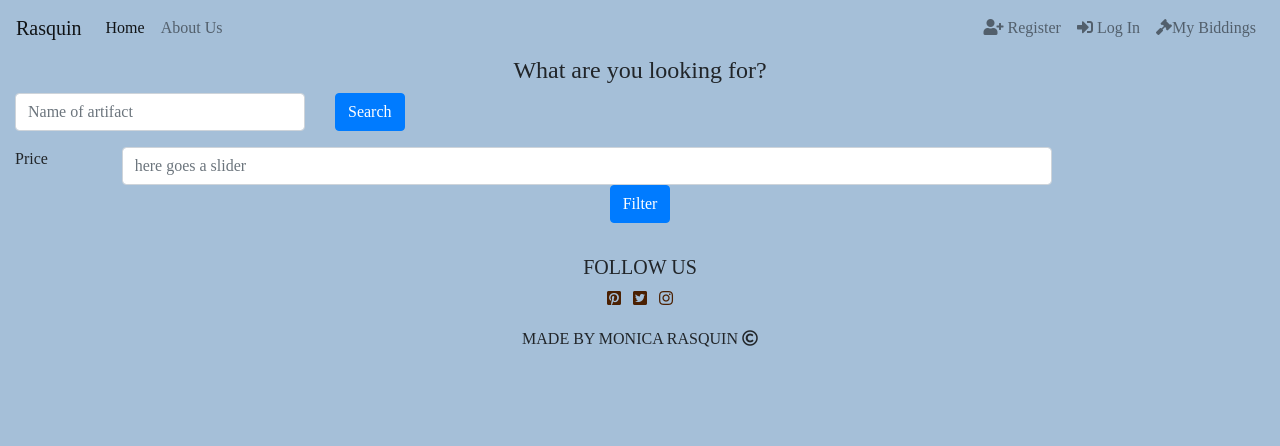
Repository: Rasquin/auction
Page: templates/base.html
The author's editor kept a record of every edit. The page is drawn from the files as they stood at one moment, then again after the next edit.
The browser window is 1280 px wide. The pictures show the whole page.
Some web libraries are served in a nearby version. The template is drawn by Django 2.2. The application's start-up code is not run. Other server files are loaded and not shown. The template is opened directly, without the code that normally fills it, so the values that code supplies are empty.

Above is the page before.
Console error: TypeError: $(...).slider is not a function

### templates/base.html
<!DOCTYPE html>

{% load staticfiles %}

<html lang="en">

<head>
    <meta charset="UTF-8">
    <meta name="viewport" content="width=device-width, initial-scale=1.0">
    <meta http-equiv="X-UA-Compatible" content="ie=edge">

    <!-- Bootstrap compiled and minified CSS -->
    <link rel="stylesheet" href="https://stackpath.bootstrapcdn.com/bootstrap/4.3.1/css/bootstrap.min.css" integrity="sha384-ggOyR0iXCbMQv3Xipma34MD+dH/1fQ784/j6cY/iJTQUOhcWr7x9JvoRxT2MZw1T" crossorigin="anonymous">

    <!-- Font Awesome compiled and minified CSS -->
    <link rel="stylesheet" href="{% static 'font-awesome/css/all.css' %}">

    <!-- jQuery UI Slider - Range slider CSS -->
    <link rel="stylesheet" href="//code.jquery.com/ui/1.12.1/themes/base/jquery-ui.css">

    <!-- Own CSS -->
    <link rel="stylesheet" href="{% static 'css/mystyle.css' %}" type="text/css" />

    <!-- jQuery UI Slider - Range slider Scripts -->
    <script src="https://code.jquery.com/jquery-1.12.4.js"></script>
    <script src="https://code.jquery.com/ui/1.12.1/jquery-ui.js"></script>

    <!-- Own Scripts -->
    <script type="text/javascript" src="{% static 'js/myscript.js' %}"></script>

    <script>
        $(function() {
            $("#slider-range").slider({
                range: true,
                min: 0,
                max: 500,
                values: [75, 300],
                slide: function(event, ui) {
                    $("#amount").val("$" + ui.values[0] + " - $" + ui.values[1]);
                }
            });
            $("#amount").val("$" + $("#slider-range").slider("values", 0) +
                " - $" + $("#slider-range").slider("values", 1));
        });
    </script>

    {% block head_js %}
    {% endblock head_js %}

    <title>Monica's Auction</title>
</head>


<body>
    <!-- NavBar area -  Fixed masthead -->
    <nav class="navbar navbar-expand-lg navbar-light bg-light">
        <a class="navbar-brand" href="#">Rasquin</a>
        <button class="navbar-toggler" type="button" data-toggle="collapse" data-target="#navbarSupportedContent" aria-controls="navbarSupportedContent" aria-expanded="false" aria-label="Toggle navigation">
            <span class="navbar-toggler-icon"></span>
        </button>

        <div class="collapse navbar-collapse" id="navbarSupportedContent">
            <ul class="navbar-nav mr-auto">
                <li class="nav-item active">
                    <a class="nav-link" href="{% url 'index' %}">Home <span class="sr-only">(current)</span></a>
                </li>
                <li class="nav-item">
                    <a class="nav-link" href="#">About Us</a>
                </li>
            </ul>
            <ul class="navbar-nav navbar-right">
                    {% if user.is_authenticated %}
                        <li class="nav-item">
                            <a class="nav-link" href="{% url 'profile' %}"><i class="fa fa-user"></i> Profile</a>
                        </li>
                        <li class="nav-item">
                            <a class="nav-link" href="{% url 'logout' %}"><i class="fa fa-sign-out-alt"></i> Log Out</a>
                        </li>
                    {%  else %}
                        <li class="nav-item">
                            <a class="nav-link" href="{% url 'register' %}"><i class="fa fa-user-plus"></i> Register</a>
                        </li>
                        <li class="nav-item">
                            <a class="nav-link" href="{% url 'login' %}"><i class="fa fa-sign-in-alt"></i> Log In</a>
                        </li>
                    {% endif %}
                        <li class="nav-item">
                            <a class="nav-link" href="{% url 'view_my_biddings' %}">
                                <i class="fas fa-gavel"></i>My Biddings
                                {% if product_count > 0 %}
                                <label class="badge badge-warning">{{ product_count }}</label>
                                {% endif %}
                            </a>
                        </li>

                </ul>
        </div>
    </nav>

    <!-- Messages area -->
    {% if messages %}
        <div class="alert alert-success">
            <div class="messages">
                {% for message in messages %}
                    {{ message }}
                {% endfor %}
            </div>
        </div>
    {% endif %}

    <!-- Search area -->
    <div class="container-fluid">
        <h4 class="text-center"> What are you looking for?</h4>
        <div class="row ">

            <!-- Search by name -->
            <form action="{% url 'search_by_name' %}" method="get" class="col-12">
                {% csrf_token %}
                <div class="form-group">
                    <div class="row">
                        <div class="col-8 col-md-6 col-lg-3">
                            <input type="text" class="form-control" id="artifact_name" name="artifact_name" required placeholder="Name of artifact">
                        </div>
                        <div class="col-1">
                            <button class="btn btn-primary" type="search">Search</button>
                        </div>
                    </div>
                </div>
            </form>

            <!-- Filters -->
            <form action="{% url 'filters' %}" method="get" class="col-12">
                {% csrf_token %}
                <div class="form-group">
                    <div class="row">
                        <div class="col-12 col-md-1">
                            <label for="filter_price" > Price </label>
                        </div>
                        <div class="col-12 col-md-9">
                            <input type="text" class="form-control" id="artifact_name" name="artifact_name" required placeholder="here goes a slider">
                        </div>
                    </div>
                    <div class="row">
                        <div class="col-12">
                            <p class="text-center">
                                <button class="btn btn-primary" type="search">Filter</button>
                            </p>
                        </div>
                    </div>
                </div>
            </form>

        </div>
    </div>

        <!-- Block content area -->
    <div class="container-fluid">
        {% block content %} {% endblock %}
    </div>

    <!-- Footer area -->
    <footer class="container-fluid">


        <!-- SOCIAL MEDIA-->
        <div class="row ">
            <div class="col-12 text-center">
                <h5 class="text-uppercase">Follow Us</h5>
                <ul class="list-inline social-links">
                    <li class="list-inline-item"><a href="#"><i class="fab fa-pinterest-square"  aria-hidden="true"></i></a></li>
                    <li class="list-inline-item"><a href="#"><i class="fab fa-twitter-square" aria-hidden="true"></i></a></li>
                    <li class="list-inline-item"><a href="#"><i class="fab fa-instagram" aria-hidden="true"></i></a></li>
                </ul>
            </div>
        </div>

        <!--COPYRIGHT-->
        <div class="row ">
            <div class="col-12">

                <p class="text-center text-uppercase">Made by Monica Rasquin <i class="far fa-copyright"></i> </p>
            </div>
        </div>
    </footer>

    <!-- Bootstrap compiled and minified JavaScript -->
    <script src="https://code.jquery.com/jquery-3.3.1.slim.min.js" integrity="sha384-q8i/X+965DzO0rT7abK41JStQIAqVgRVzpbzo5smXKp4YfRvH+8abtTE1Pi6jizo" crossorigin="anonymous"></script>
    <script src="https://cdnjs.cloudflare.com/ajax/libs/popper.js/1.14.7/umd/popper.min.js" integrity="sha384-UO2eT0CpHqdSJQ6hJty5KVphtPhzWj9WO1clHTMGa3JDZwrnQq4sF86dIHNDz0W1" crossorigin="anonymous"></script>
    <script src="https://stackpath.bootstrapcdn.com/bootstrap/4.3.1/js/bootstrap.min.js" integrity="sha384-JjSmVgyd0p3pXB1rRibZUAYoIIy6OrQ6VrjIEaFf/nJGzIxFDsf4x0xIM+B07jRM" crossorigin="anonymous"></script>

</body>
</html>

### static/js/myscript.js
//--------------------------------------Slider for Prices filter
function getPriceVals() {
    // Get slider price values
    var parent = this.parentNode;
    var slides = parent.getElementsByTagName("input");
    var slide1 = parseFloat(slides[0].value);
    var slide2 = parseFloat(slides[1].value);
    // Neither slider will clip the other, so make sure we determine which is larger
    if (slide1 > slide2) { var tmp = slide2;
        slide2 = slide1;
        slide1 = tmp; }

    var displayElement = parent.getElementsByClassName("rangePriceValues")[0];
    displayElement.innerHTML = "€ " + slide1 + " - €" + slide2;
}

//--------------------------------------Slider for Year filter
function getYearVals() {
    // Get Year slider values
    var parent = this.parentNode;
    var slides = parent.getElementsByTagName("input");
    var slide1 = parseFloat(slides[0].value);
    var slide2 = parseFloat(slides[1].value);
    // Neither slider will clip the other, so make sure we determine which is larger
    if (slide1 > slide2) { var tmp = slide2;
        slide2 = slide1;
        slide1 = tmp; }

    var displayElement = parent.getElementsByClassName("rangeYearValues")[0];
    displayElement.innerHTML = "From " + slide1 + " To " + slide2;
}

//----------------------------------------------- Initialize Sliders
window.onload = function() {
    // For Price
    var sliderSectionsPrice = document.getElementsByClassName("range-slider-price");
    for (var x = 0; x < sliderSectionsPrice.length; x++) {
        var slidersPrice = sliderSectionsPrice[x].getElementsByTagName("input");
        for (var y = 0; y < slidersPrice.length; y++) {
            if (slidersPrice[y].type === "range") {
                slidersPrice[y].oninput = getPriceVals;
                // Manually trigger event first time to display values
                slidersPrice[y].oninput();
            }
        }
    }
    // For Year
    var sliderSectionsYear = document.getElementsByClassName("range-slider-year");
    for (var x = 0; x < sliderSectionsYear.length; x++) {
        var slidersYear = sliderSectionsYear[x].getElementsByTagName("input");
        for (var y = 0; y < slidersYear.length; y++) {
            if (slidersYear[y].type === "range") {
                slidersYear[y].oninput = getYearVals;
                // Manually trigger event first time to display values
                slidersYear[y].oninput();
            }
        }
    }
}

Loaded but not shown: static/font-awesome/css/all.css (library); static/css/mystyle.css (common file)

After the next edit:
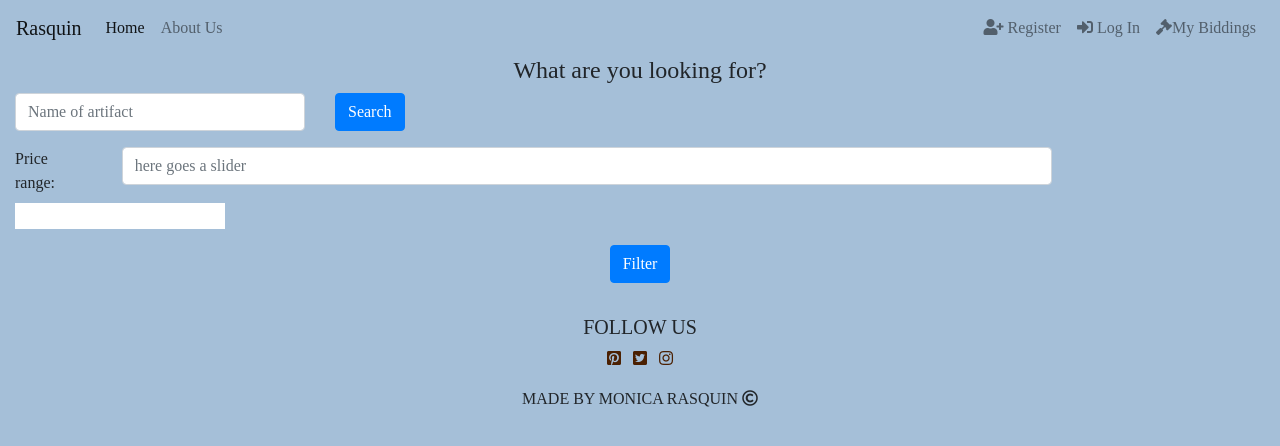
The edit:
--- a/templates/base.html
+++ b/templates/base.html
@@ -134,7 +134,10 @@
                 <div class="form-group">
                     <div class="row">
                         <div class="col-12 col-md-1">
-                            <label for="filter_price" > Price </label>
+                            <p>
+                                <label for="amount">Price range:</label>
+                                <input type="text" id="amount" readonly style="border:0; color:#f6931f; font-weight:bold;">
+                            </p>
                         </div>
                         <div class="col-12 col-md-9">
                             <input type="text" class="form-control" id="artifact_name" name="artifact_name" required placeholder="here goes a slider">
